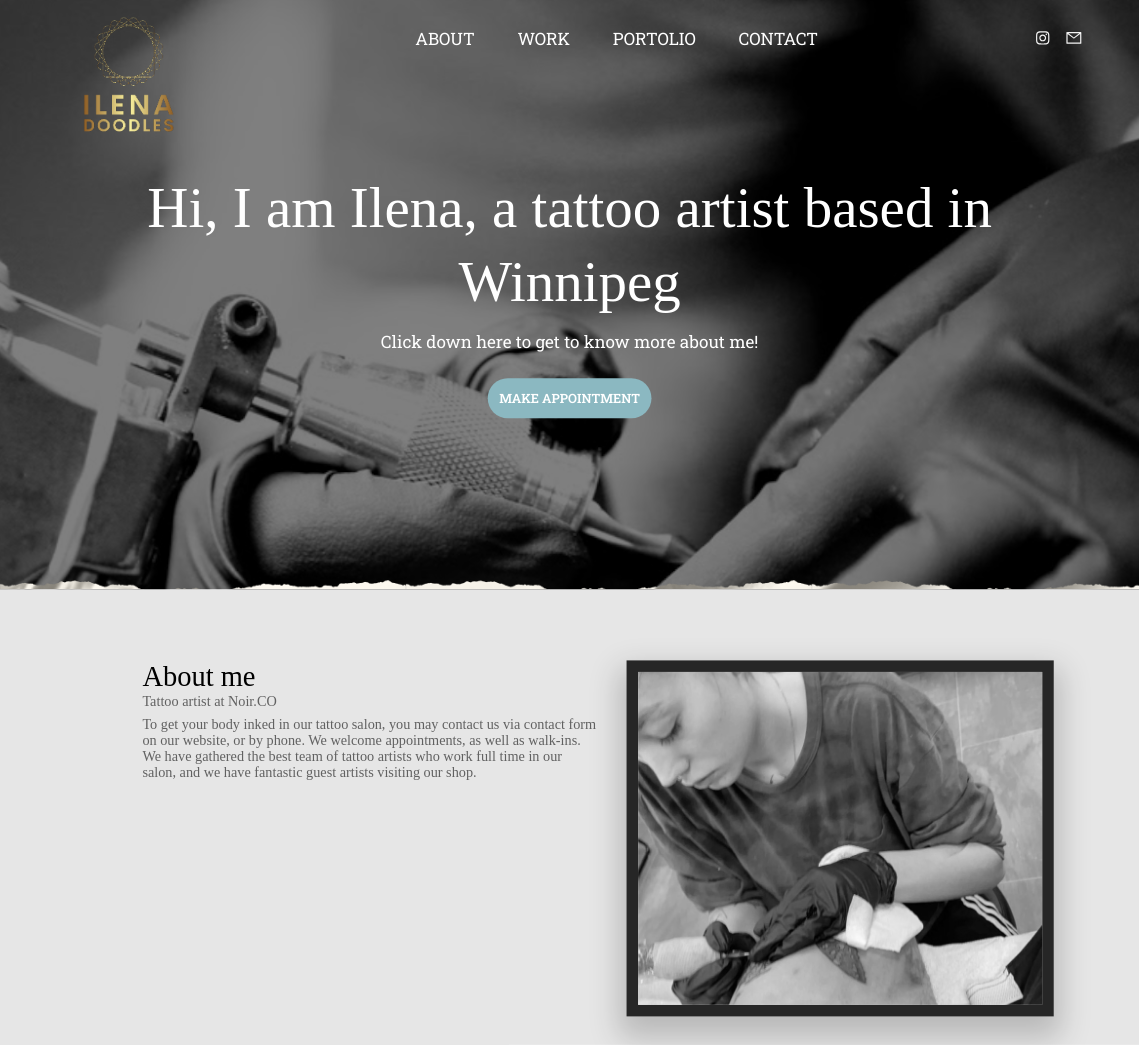
Repository: Leoka2000/Ilena
Page: /
The author's editor kept a copy of each file at every save. The page is drawn from the files as they stood at one save, then again after the next save.
The browser window is 1280 px wide. The pictures show the whole page, at 89% of full size.
Some web fonts or font styles are not loaded; a fallback is used. The project was rebuilt for these pictures with package versions that can differ from the ones it lists, and the page was loaded fresh each time. Also part of the build but not shown: src/App.css.

Above is the page before, as saved 2023-03-02 23:35:47.

After the next save:
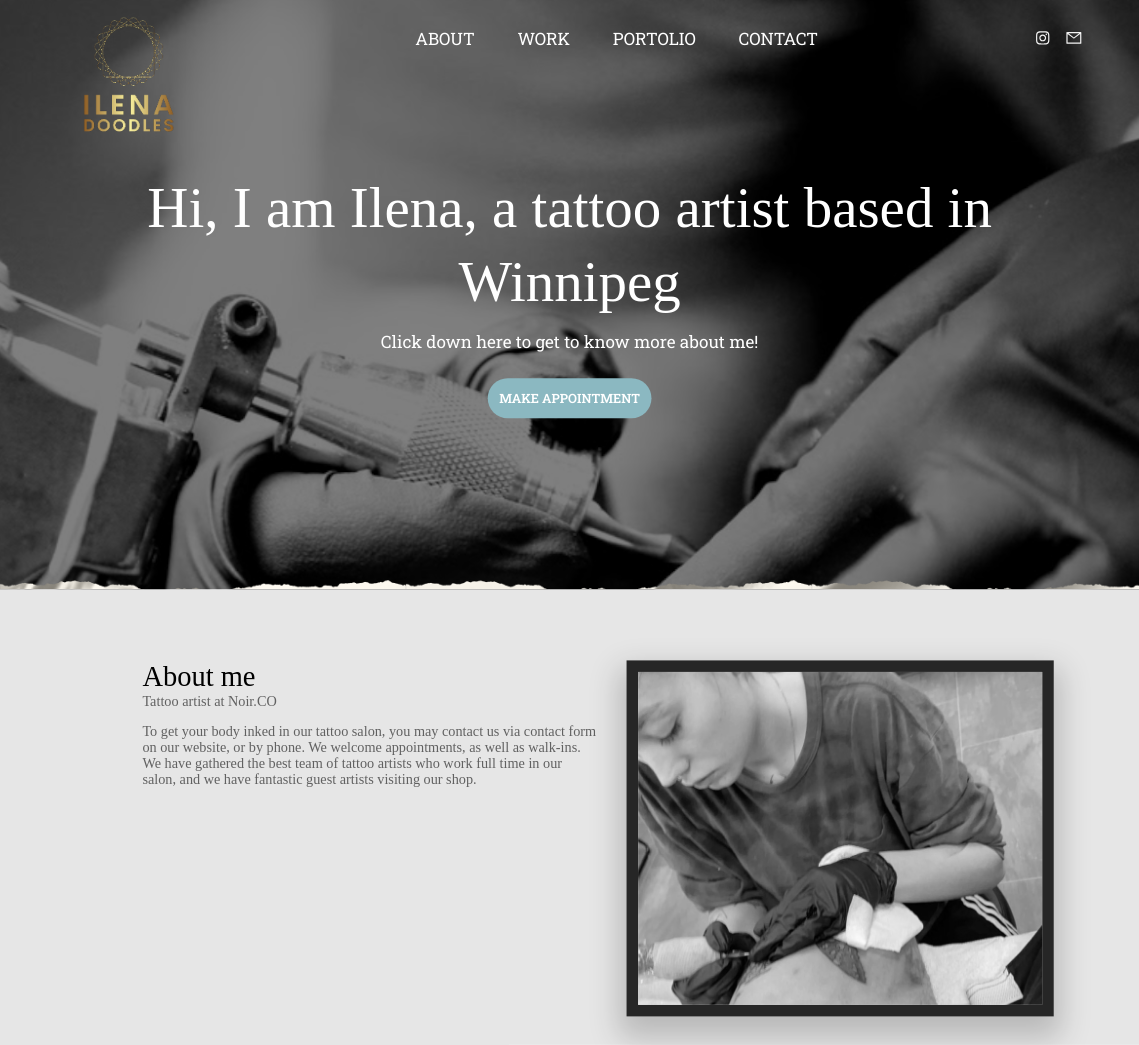
Saved 5 s later.
--- a/src/pages/about/about.css
+++ b/src/pages/about/about.css
@@ -14,7 +14,7 @@
     color: rgb(97, 97, 97);
 }
 .left-about > h3 {
-    margin-bottom: 0.5rem;
+    margin-bottom: 1rem;
 }
 .img-thumbnail {
     width: 30rem;
